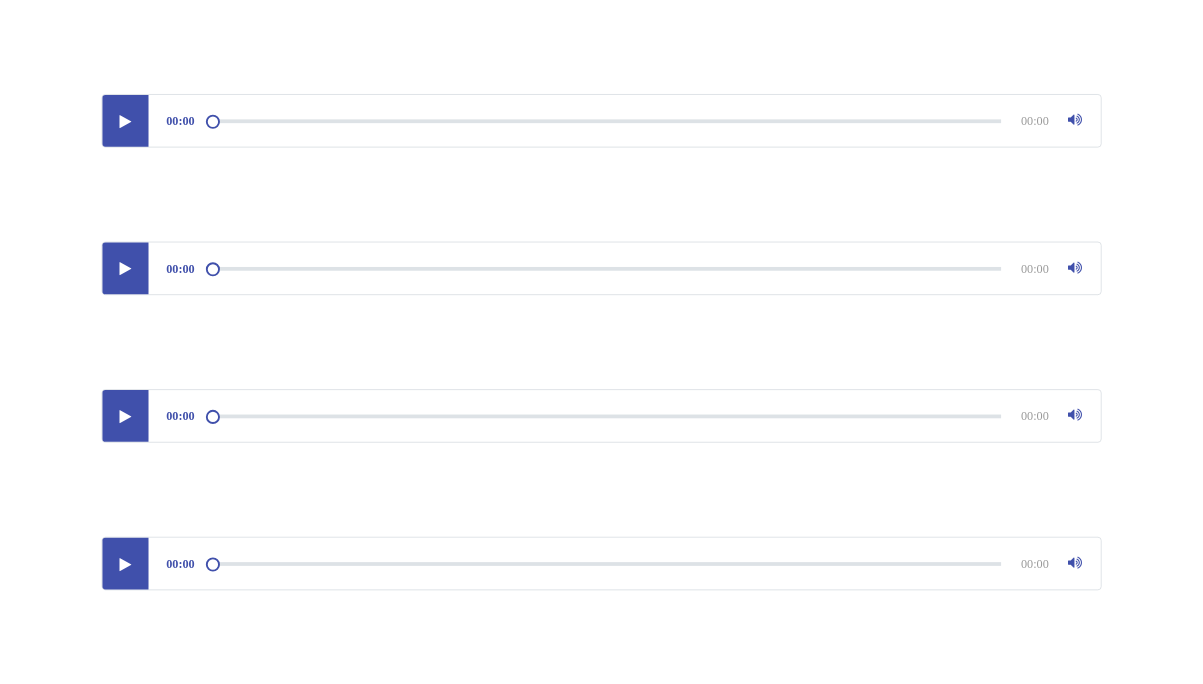
Repository: mitzbarbie/-jQuery-AudioPlayer-plugin
Page: index.html
These files come from the project's save history. The page is drawn as it stood at one moment and after the next save; the edit follows.
The browser window is 1280 px wide. The pictures show the whole page, at 94% of full size.

Above is the page before, as saved 2021-12-02 18:11:30.

After the next save:
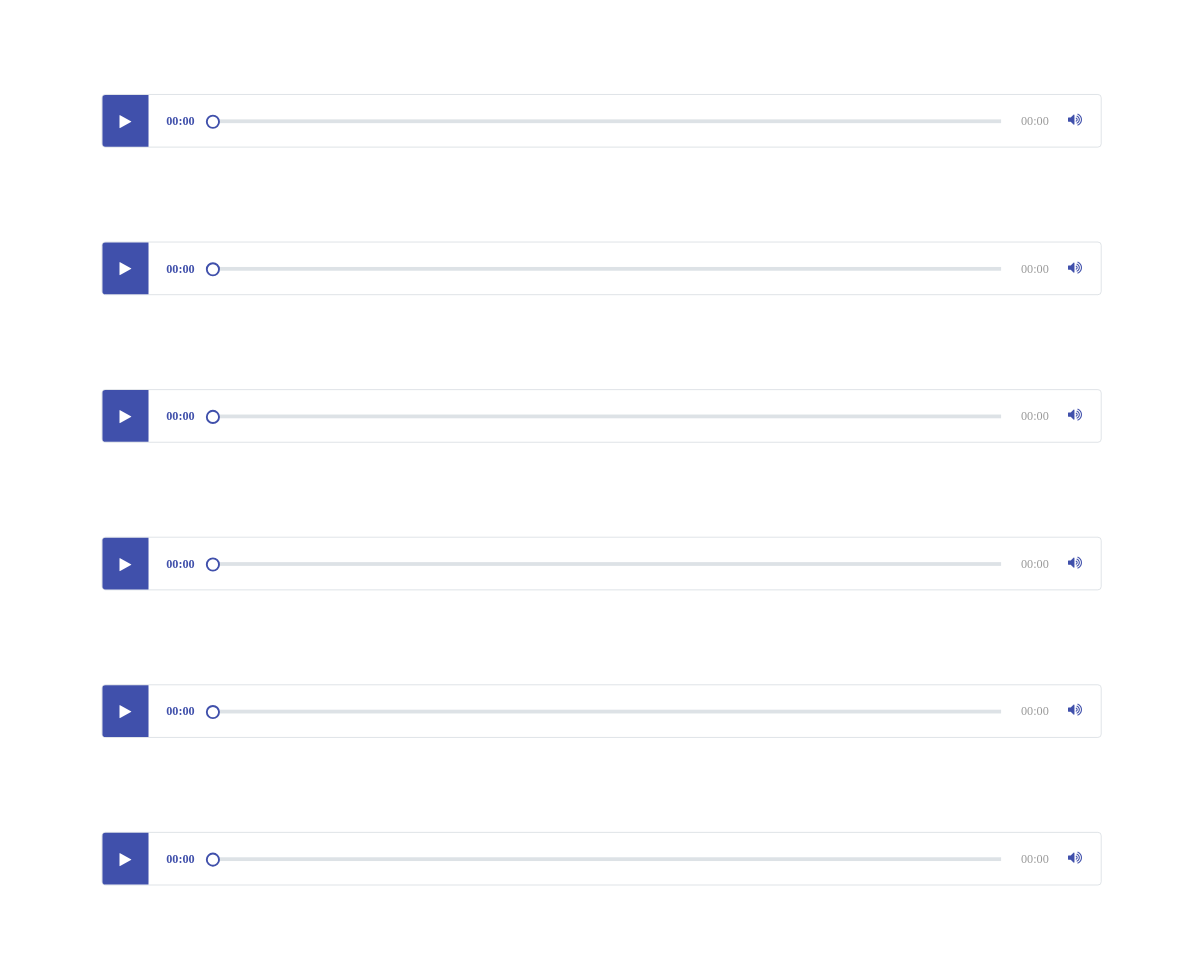
Saved 88 s later.
--- a/index.html
+++ b/index.html
@@ -21,6 +21,8 @@
     <div class="audio" style="margin: 100px" data-audio="audioEx2.mp3"></div>
     <div class="audio" style="margin: 100px" data-audio="audioEx3.mp3"></div>
     <div class="audio" style="margin: 100px" data-audio="audioEx1.mp3"></div>
+    <div class="audio" style="margin: 100px" data-audio="audioEx2.mp3"></div>
+    <div class="audio" style="margin: 100px" data-audio="audioEx3.mp3"></div>
 
     <script>
       $(document).ready(function () {
